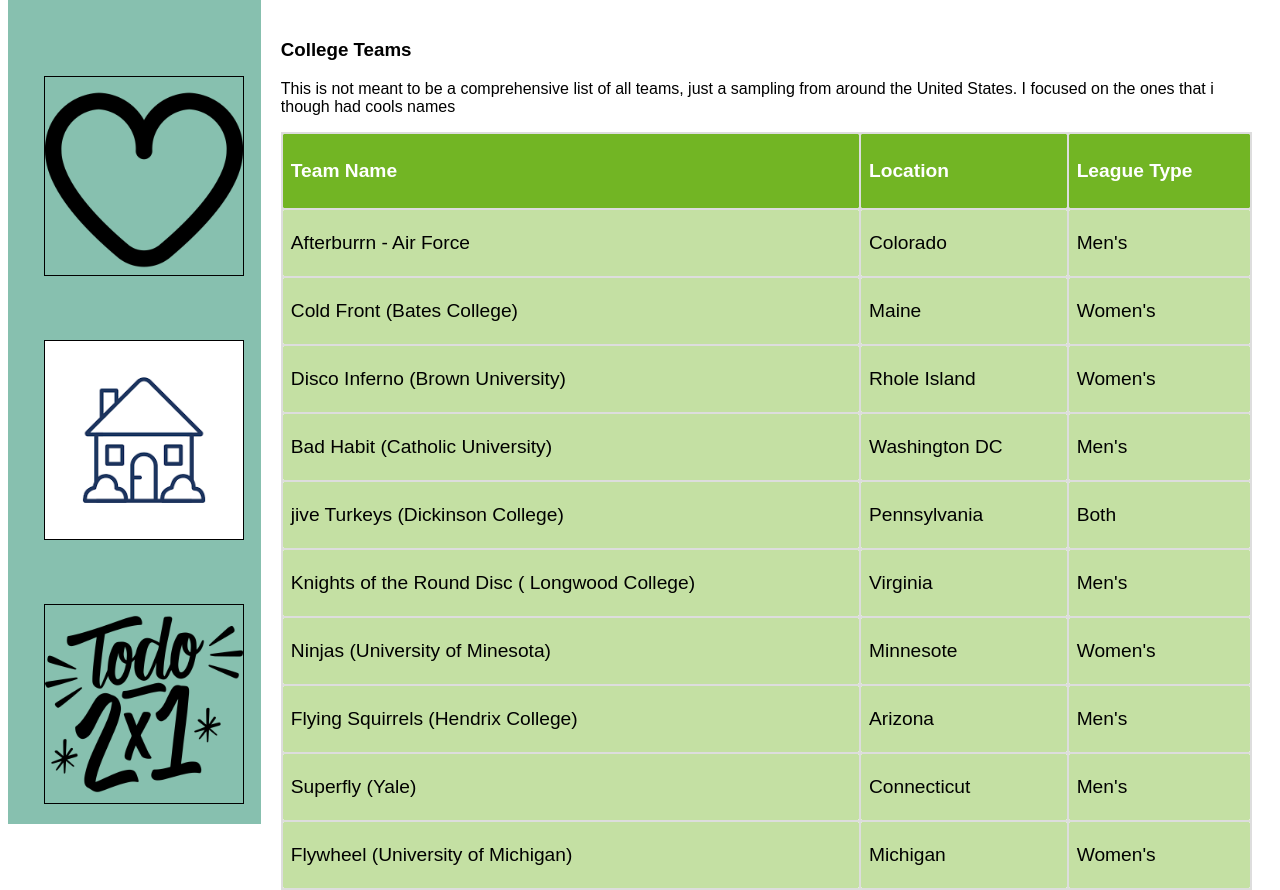
Repository: Tram-anh99/Blockchain_Funix
Page: CSS/Lab6_2.html
The author's editor kept a copy of each file at every save. The page is drawn from the files as they stood at one save, then again after the next save.
The browser window is 1280 px wide. The pictures show the part of the page from y = 342 to 1232 px (the page is 1232 px tall).

Above is the page before, as saved 2023-07-20 01:03:17.

### CSS/Lab6_2.html
<!DOCTYPE html>
<html lang="en">
      <head>
            <title></title>
            <meta charset="UTF-8">
            <meta name="viewport" content="width=device-width, initial-scale=1">
            <link href="Lab6_2.css" rel="stylesheet">
      </head>
      <body>
            <header>
                  <h1>ULIMATE FRISBEE TEAMS</h1>
                  <div>
                        <p>Home</p>
                        <p id="index">Teams</p>
                        <p>History</p>
                        <p>USA Ultimate</p>
                  </div>
            </header>
            <section>
                  <nav>
                        <ul>
                          <ol><img src="./img/heart.png" alt=""></ol>
                          <ol><img src="./img/images.png" alt=""></ol>
                          <ol><img src="./img/sales.png" alt=""></ol>
                        </ul>
                      </nav>

                      <article>
                        <h1>College Teams</h1>
                        <p>This is not meant to be a comprehensive list of all teams, just a sampling from around the United States. I focused on the ones that i though had cools names</p>
                        <table>
                              <tr>
                                    <th>Team Name</th>
                                    <th>Location</th>
                                    <th>League Type</th>
                              </tr>
                              <tr>
                                    <td>Afterburrn - Air Force</td>
                                    <td>Colorado</td>
                                    <td>Men's</td>
                              </tr>
                              <tr>
                                    <td>Cold Front (Bates College)</td>
                                    <td>Maine</td>
                                    <td>Women's</td>
                              </tr>
                              <tr>
                                    <td>Disco Inferno (Brown University)</td>
                                    <td>Rhole Island</td>
                                    <td>Women's</td>
                              </tr>
                              <tr>
                                    <td>Bad Habit (Catholic University)</td>
                                    <td>Washington DC</td>
                                    <td>Men's</td>
                              </tr>
                              <tr>
                                    <td>jive Turkeys (Dickinson College)</td>
                                    <td>Pennsylvania</td>
                                    <td>Both</td>
                              </tr>
                              <tr>
                                    <td>Knights of the Round Disc ( Longwood College)</td>
                                    <td>Virginia</td>
                                    <td>Men's</td>
                              </tr>
                              <tr>
                                    <td>Ninjas (University of Minesota)</td>
                                    <td>Minnesote</td>
                                    <td>Women's</td>
                              </tr>
                              <tr>
                                    <td>Flying Squirrels (Hendrix College)</td>
                                    <td>Arizona</td>
                                    <td>Men's</td>
                              </tr>
                              <tr>
                                    <td>Superfly (Yale)</td>
                                    <td>Connecticut</td>
                                    <td>Men's</td>
                              </tr>
                              <tr>
                                    <td>Flywheel (University of Michigan)</td>
                                    <td>Michigan</td>
                                    <td>Women's</td>
                              </tr>
                        </table>
                      </article>
            </section>
            <footer>

            </footer>
      </body>
</html>

### CSS/Lab6_2.css
* {
      box-sizing: border-box;
}

body {
      font-family: Arial, Helvetica, sans-serif;
}
header{
    /*
    margin: -20px;    */
    background-image:url("./img/img1.jpg") ;
    /* background-color: #666; */
    padding: 30px;
    text-align: center;
    font-size: 35px;
    color: white;
}
header h1 {
      text-align: center;
      font-style: inherit;
      font-size: larger;
      padding: 20px;
}
header p{
      margin: 30px;
      padding: 15px 35px;
      text-decoration: dotted;
      border-radius: 5px;
      opacity: inherit;
      text-align: center;
      display: inline-flex;
      justify-content:space-between;
      align-items: center;
      flex-flow: 1;
      background: rgba(243, 242, 245, 0.555);
      opacity: 5px;
}
nav  {
      /* margin-left: -7px;
      margin-right: 4px;
      float: left;
      width: 30%;
      height: 1000px;
      background: #ccc;
      padding: 20px;
      border: 1px solid red; */
      float: left;
      width: 20%;
      height: 200% ;
      background: #3b997d9c;
      /* padding: 20px; */
      display: inline;
    }
nav a{
      margin: 35px;
      padding: 15px 40px;
      border-radius: 5px;
      opacity: inherit;
      /* text-align: left; */
      display: inline-flex;
      justify-content:space-between;
      /* float: left; */
      align-items:flex-start;
      background: rgba(224, 228, 22, 0.555);
      opacity: 5px;
}
article{
      /* margin-right: 3px;
      margin-left: -6px;
      float: right;
      width: 70%;
      background: #ffffff;
      padding: 20px;
      border: 1px solid red; */
      float: left;
      padding: 20px;
      width: 80%;
      /* background-color: #f1f1f1; */
      height: 300px;
      display: inline;
}
table {
      font:500;
      width: 100%;
      line-height: 50px;
      border-collapse: collapse;
      text-align: left;
      font-size: larger;
      border: 2px solid rgb(155, 194, 47);
      border-radius: 5px;
}
td,th{
      border: 2px solid #ddd;
      padding: 8px;
      border-radius: 5px;
}
th {
      padding-top: 12px;
      padding-bottom: 12px;
      text-align: left;
      background-color: #5daa04cb;
      color: white;
      border-radius: 5px;
}
tr{
      background-color: #5daa045d;
}
img{
      margin-left: -30px;
      margin-right: 20px;
      margin-top: 60px;
      padding: auto;
      display: inline-block;
      position: relative;
      left: 50%;
      transform: translateX(-50%);
      width: 200px;
      height: 200px;
      border: 1px solid black;
}
#index{
      background: #ddd;
      color: rgb(0, 38, 255);
}

After the next save:
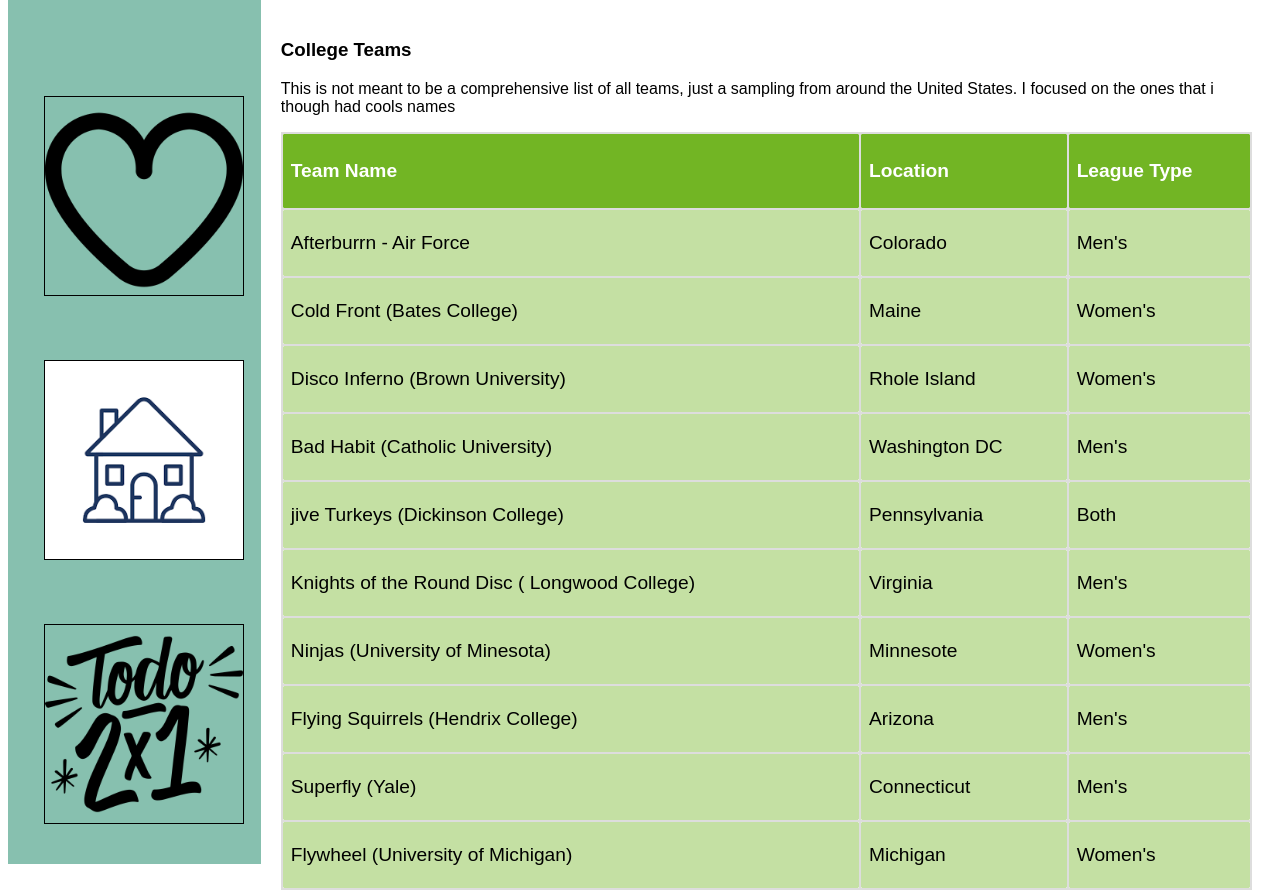
Saved 9 s later.
--- a/CSS/Lab6_2.css
+++ b/CSS/Lab6_2.css
@@ -48,7 +48,7 @@
       width: 20%;
       height: 200% ;
       background: #3b997d9c;
-      /* padding: 20px; */
+      padding: 20px;
       display: inline;
     }
 nav a{
